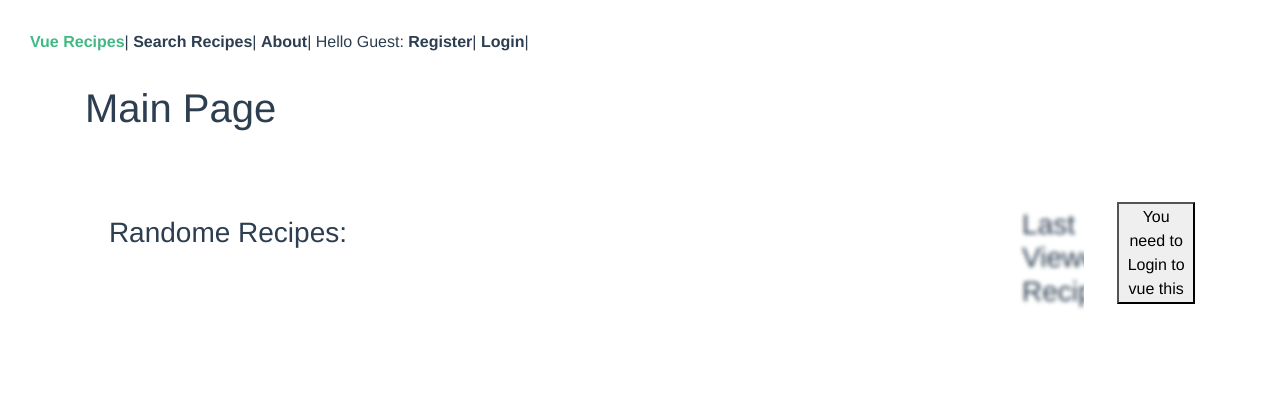
Repository: chenshor/cooking-site
Page: /
The author's editor kept a copy of each file at every save. The page is drawn from the files as they stood at one save, then again after the next save.
The browser window is 1280 px wide. The pictures show the whole page.
The page's requests for data from a server got no answer. An inner scrolling area shows only its first screen. The project was rebuilt for these pictures with package versions that can differ from the ones it lists, and the page was loaded fresh each time. No one was signed in, and anything a server would have sent is missing. Also part of the build but not shown: vue.config.js, src/components/RecipePreview.vue, src/pages/NotFoundPage.vue, src/assets/cuisine.js, src/assets/diet.js, src/assets/intolerance.js, src/pages/SearchPage.vue, src/pages/RecipePage.vue and 5 more.

Above is the page before, as saved 2020-06-16 23:09:25.

### index.html
<!DOCTYPE html>
<html lang="en">
  <head>
    <meta charset="utf-8" />
    <meta http-equiv="X-UA-Compatible" content="IE=edge" />
    <meta
      name="viewport"
      content="width=device-width,initial-scale=1.0,shrink-to-fit=no"
    />
    <link rel="icon" href="<%= BASE_URL %>favicon.ico" />
    <title><%= htmlWebpackPlugin.options.title %></title>
  </head>
  <body>
    <noscript>
      <strong
        >We're sorry but <%= htmlWebpackPlugin.options.title %> doesn't work
        properly without JavaScript enabled. Please enable it to
        continue.</strong
      >
    </noscript>
    <div id="app"></div>
    <!-- built files will be auto injected -->
  </body>
</html>

### src/main.js
import Vue from "vue";
import App from "./App.vue";
import VueAxios from "vue-axios";
import axios from "axios";

import routes from "./routes";
import VueRouter from "vue-router";
Vue.use(VueRouter);
const router = new VueRouter({
  routes,
});

import Vuelidate from "vuelidate";
import "bootstrap/dist/css/bootstrap.css";
import "bootstrap-vue/dist/bootstrap-vue.css";
import {
  FormGroupPlugin,
  FormPlugin,
  FormInputPlugin,
  ButtonPlugin,
  CardPlugin,
  NavbarPlugin,
  FormSelectPlugin,
  AlertPlugin,
  ToastPlugin,
  LayoutPlugin,
} from "bootstrap-vue";
[
  FormGroupPlugin,
  FormPlugin,
  FormInputPlugin,
  ButtonPlugin,
  CardPlugin,
  NavbarPlugin,
  FormSelectPlugin,
  AlertPlugin,
  ToastPlugin,
  LayoutPlugin,
].forEach((x) => Vue.use(x));
Vue.use(Vuelidate);

axios.interceptors.request.use(
  function(config) {
    // Do something before request is sent
    return config;
  },
  function(error) {
    // Do something with request error
    return Promise.reject(error);
  }
);

// Add a response interceptor
axios.interceptors.response.use(
  function(response) {
    // Do something with response data
    return response;
  },
  function(error) {
    // Do something with response error
    return Promise.reject(error);
  }
);

Vue.use(VueAxios, axios);

Vue.config.productionTip = false;

const shared_data = {
  username: localStorage.username,
  login(username) {
    localStorage.setItem("username", username);
    this.username = username;
    console.log("login", this.username);
  },
  logout() {
    console.log("logout");
    localStorage.removeItem("username");
    this.username = undefined;
  },
};
console.log(shared_data);
// Vue.prototype.$root.store = shared_data;

new Vue({
  router,
  data() {
    return {
      store: shared_data,
    };
  },
  methods: {
    toast(title, content, variant = null, append = false) {
      this.$bvToast.toast(`${content}`, {
        title: `${title}`,
        toaster: "b-toaster-top-center",
        variant: variant,
        solid: true,
        appendToast: append,
        autoHideDelay: 3000,
      });
    },
  },
  render: (h) => h(App),
}).$mount("#app");

### src/App.vue
<template>
  <div id="app">
    <div id="nav">
      <router-link to="/">Vue Recipes</router-link>|
      <router-link to="/search">Search Recipes</router-link>|
      <router-link to="/about">About</router-link>|
      <span v-if="!$root.store.username">
        Hello Guest:
        <router-link to="/register">Register</router-link>|
        <router-link to="/login">Login</router-link>|
      </span>
      <span v-else>
        {{ $root.store.username }}:
        <button @click="Logout">Logout</button>|
      </span>
    </div>
    <router-view />
  </div>
</template>

<script>
export default {
  name: "App",
  methods: {
    async Logout() {
      this.$root.store.logout();
      const response = await this.axios.post(
        "https://ass3-2.herokuapp.com/logout"
      );
      this.$root.toast("Logout", "User logged out successfully", "success");

      this.$router.push("/").catch(() => {
        this.$forceUpdate();
      });
    }
  }
};
</script>

<style lang="scss">
#app {
  font-family: Avenir, Helvetica, Arial, sans-serif;
  -webkit-font-smoothing: antialiased;
  -moz-osx-font-smoothing: grayscale;
  color: #2c3e50;
  min-height: 100vh;
}

#nav {
  padding: 30px;
}

#nav a {
  font-weight: bold;
  color: #2c3e50;
}

#nav a.router-link-exact-active {
  color: #42b983;
}
</style>

### src/routes.js
import Main from "./pages/MainPage";
import NotFound from "./pages/NotFoundPage";
import Search from "./pages/SearchPage";
import Recipe from "./pages/RecipePage";
import Register from "./pages/RegisterPage";
import About from "./pages/AboutPage";
import FamilyRecipes from "./pages/FamilyRecipesPage";

const routes = [
  {
    path: "/",
    name: "main",
    component: Main,
  },
  {
    path: "/login",
    name: "login",
    component: () => import("./pages/LoginPage"),
  },
  {
    path: "*",
    name: "notFound",
    component: NotFound,
  },
  {
    path: "/search",
    name: "search",
    component: () => import("./pages/SearchPage"),
  },
  {
    path: "/recipe:recipeId",
    name: "recipe",
    component: () => import("./pages/RecipePage"),
  },
  {
    path: "/register",
    name: "register",
    component: () => import("./pages/RegisterPage"),
  },
  {
    path: "/about",
    name: "about",
    component: () => import("./pages/AboutPage"),
  },
  {
    path: "/users/FamilyList",
    name: "FamilyRecipes",
    component: () => import("./pages/FamilyRecipesPage"),
  },
];

export default routes;

### src/pages/MainPage.vue
<template>
  <div class="container">
    <h1 class="title">Main Page</h1>
    <div class="grid">
      <div class="random">
        <RecipePreviewList
          title="Randome Recipes"
          class="RandomRecipes center"
        />
      </div>
      <div class="lastview">
        <RecipePreviewList
          title="Last Viewed Recipes"
          :class="{
            RandomRecipes: true,
            blur: !$root.store.username,
            center: true,
          }"
          disabled
        >
        </RecipePreviewList>
      </div>
      <div class="buttonLogin">
        <router-link v-if="!$root.store.username" to="/login" tag="button"
          >You need to Login to vue this</router-link
        >
      </div>
    </div>
    <!-- <div
      style="position: absolute;top: 70%;left: 50%;transform: translate(-50%, -50%);"
    >
      Centeredasdasdad
    </div> -->
  </div>
</template>

<script>
import RecipePreviewList from "../components/RecipePreviewList";
export default {
  components: {
    RecipePreviewList,
  },
};
</script>

<style lang="scss" scoped>
.RandomRecipes {
  margin: 10px 0 10px;
}
.blur {
  -webkit-filter: blur(5px); /* Safari 6.0 - 9.0 */
  filter: blur(2px);
}
::v-deep .blur .recipe-preview {
  pointer-events: none;
  cursor: default;
}
.grid {
  display: grid;
  grid-template-columns: 80%;
  grid-template-rows: 10%;
  grid-gap: 3%;
  height: 100%;
  width: 100%;
}
.random {
  grid-row: 2/-1;
  padding: 1%;
  overflow: auto;
}
.lastview {
  grid-row: 2/-1;
  padding: 1%;
  overflow: auto;
}
.buttonLogin {
  grid-row: 2/-1;
  padding-top: 1%;
  overflow: auto;
  margin-top: 5%;
}
</style>

### src/components/RecipePreviewList.vue
<template>
  <b-container>
    <h3>
      {{ title }}:
      <slot></slot>
    </h3>
    <b-row>
      <b-col v-for="r in recipes" :key="r.id">
        <RecipePreview class="recipePreview" :recipe="r" />
      </b-col>
    </b-row>
  </b-container>
</template>

<script>
import RecipePreview from "./RecipePreview";
export default {
  name: "RecipePreviewList",
  components: {
    RecipePreview,
  },
  props: {
    title: {
      type: String,
      required: true,
    },
  },
  data() {
    return {
      recipes: [],
    };
  },
  mounted() {
    this.updateRecipes();
  },
  methods: {
    async updateRecipes() {
      try {
        ///////////////////////////////////////////////////////////////////// REPLACE!!!!!!!!!!!!!!!!!!!!!!!
        // const response = await this.axios.get(
        //   "https://ass3-2.herokuapp.com/recipes/randomRecipes"
        // );
        //////////////////////////////////////////////////////////////////////////////////
        const response = await this.axios.get(
          "https://test-for-3-2.herokuapp.com/recipes/random"
        );

        console.log(response);
        const recipes = response.data.randomRecipes;

        this.recipes = [];
        this.recipes.push(...recipes);
        // console.log(this.recipes);
      } catch (error) {
        console.log(error);
      }
    },
  },
};
</script>

<style lang="scss" scoped>
.container {
  min-height: 400px;
}
</style>

After the next save:
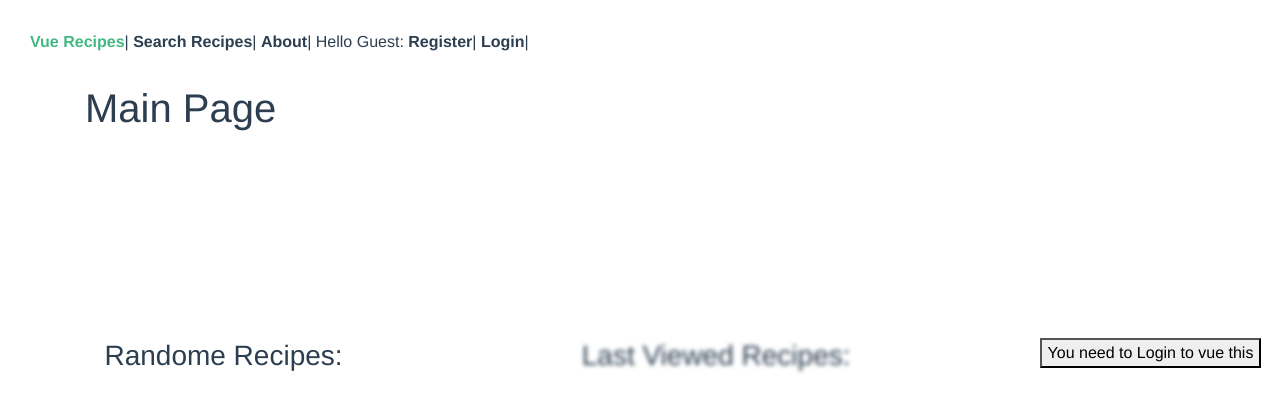
Saved 54 s later.
--- a/src/pages/MainPage.vue
+++ b/src/pages/MainPage.vue
@@ -57,8 +57,8 @@ export default {
 }
 .grid {
   display: grid;
-  grid-template-columns: 80%;
-  grid-template-rows: 10%;
+  grid-template-columns: 40% 40% 20%;
+  grid-template-rows: 40% 40% 20%;
   grid-gap: 3%;
   height: 100%;
   width: 100%;
